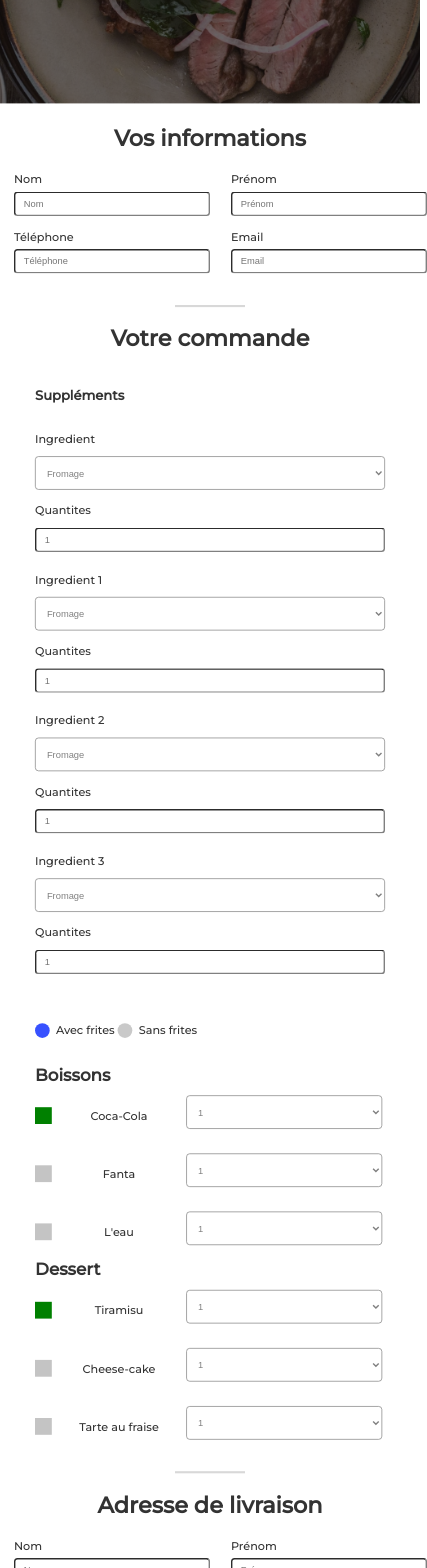
Repository: sisilass31/bella-olonje
Page: html/commande.html
The author's editor kept a copy of each file at every save. The page is drawn from the files as they stood at one save, then again after a run of saves.
The browser window is 600 px wide. The page is 610 px wide, then 600 px, so the pictures cover 610 px, including what lies to the right of the window. The pictures show the part of the page from y = 674 to 2914 px (the page is 3366 px tall before and 3858 px after), at 70% of full size.
Some web libraries are served in a nearby version.

Above is the page before, as saved 2023-02-15 09:38:21.

After the next 2 saves:
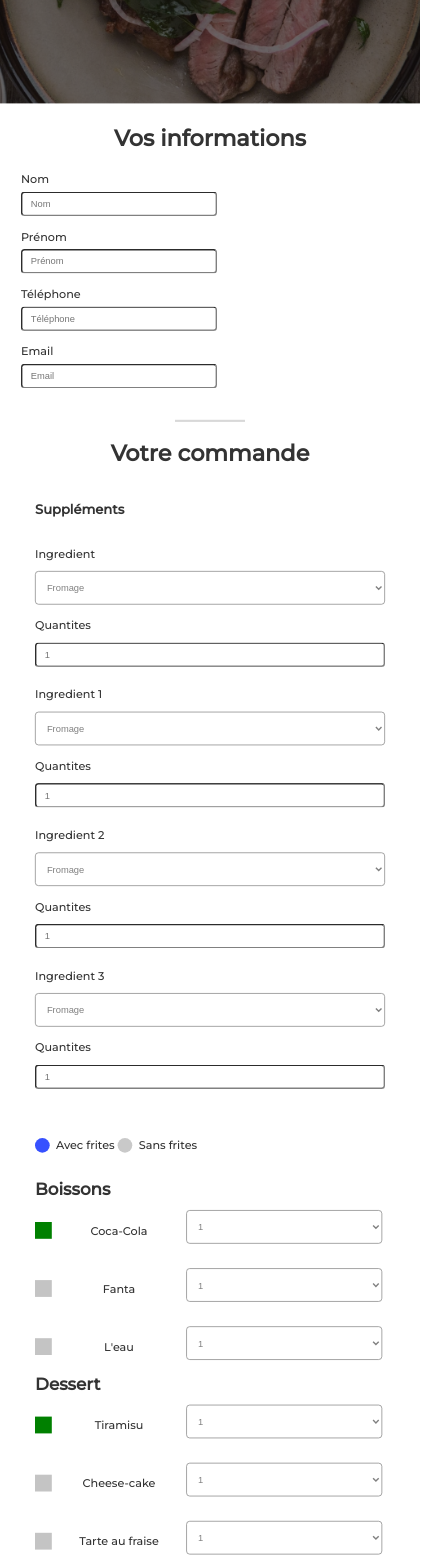
The 2 saves are shown as one change because they came seconds apart.
The last was saved 47 s later.
--- a/css/commande.css
+++ b/css/commande.css
@@ -465,11 +465,13 @@ button {
     .nom_prenom {
         justify-content: center;
         padding: 0;
+        flex-direction: column;
     }
 
     .telephone_email {
         justify-content: center;
         padding: 0;
+        flex-direction: column;
     }
 
     .content_of_dessert {
